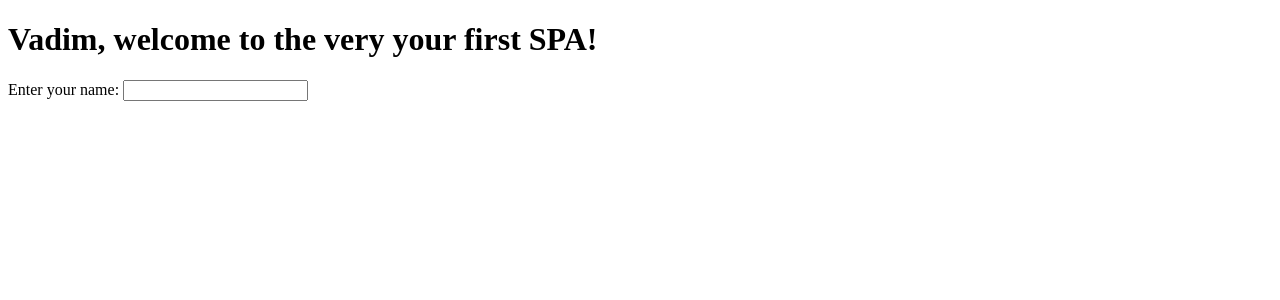
Repository: VadimZubchenko/mySinglePageApp
Page: public/index.html
These files come from the project's save history. The page is drawn as it stood at one moment and after the next save; the edit follows.
The browser window is 1280 px wide. The pictures show the whole page.

Above is the page before, as saved 2022-04-30 22:04:00.

### public/index.html
<!DOCTYPE html>
<html lang="en">
<head>
  <meta charset="UTF-8">
  <meta http-equiv="X-UA-Compatible" content="IE=edge">
  <meta name="viewport" content="width=device-width, initial-scale=1.0">
  <title>Single-page Application</title>
  <script src="script.js"></script>
</head>
<body>
  <h1>Vadim, welcome to the very your first SPA!</h1>
  <div id="anchor"></div>
</body>
</html>

### public/script.js
window.onload = function () {
  creatForm();
};

creatForm = () => {
  let anchor = document.getElementById("anchor");
  let form = document.createElement("form");
  form.setAttribute("id", "form");

  let inputName = document.createElement("input");
  // create input element
  inputName.setAttribute("type", "text");
  inputName.setAttribute("id", "inputname");
  inputName.setAttribute("name", "inputname");

  //create info of input
  let labelName = document.createElement("labelName");
  labelName.setAttribute("id", "Input your name");
  labelName.setAttribute("for", "inputName");
  let textName = document.createTextNode("Enter your name: ");
  labelName.appendChild(textName);

  labelName.appendChild(inputName);
  form.appendChild(labelName);
  anchor.appendChild(form);
};

After the next save:
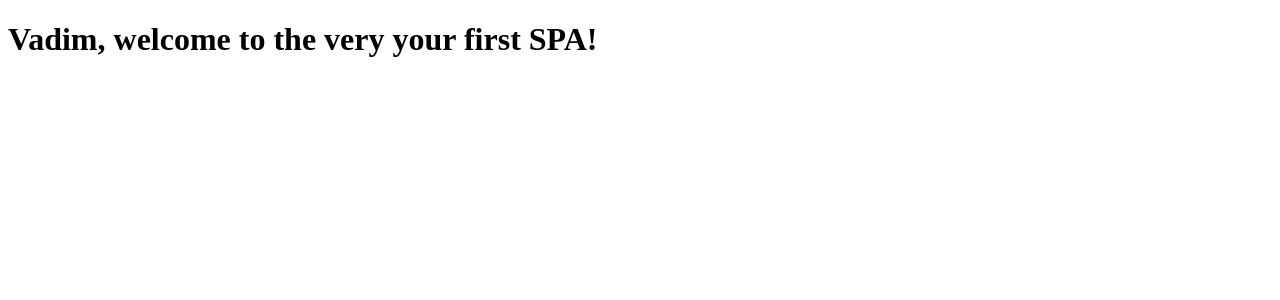
Console error (its wording comes from the project's code and is left out).
Saved 21 s later.
--- a/public/script.js
+++ b/public/script.js
@@ -20,7 +20,7 @@
   let textName = document.createTextNode("Enter your name: ");
   labelName.appendChild(textName);
 
-  labelName.appendChild(inputName);
+  textName.appendChild(inputName);
   form.appendChild(labelName);
   anchor.appendChild(form);
 };

After the save that followed:
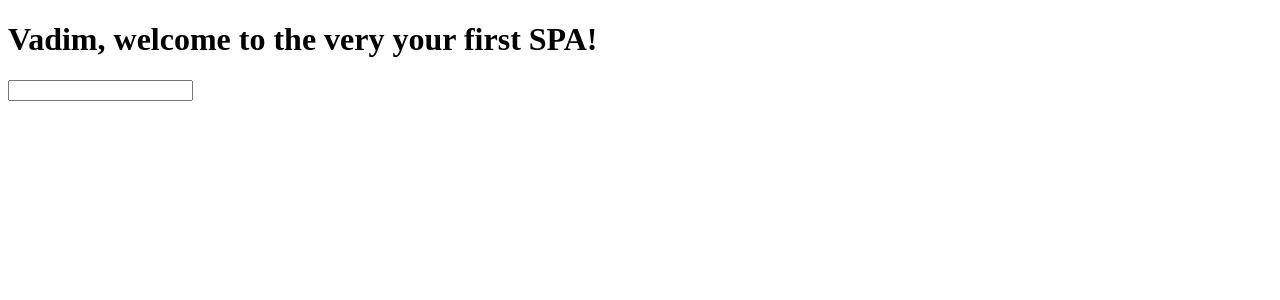
The error is gone.
Saved 23 s later.
--- a/public/script.js
+++ b/public/script.js
@@ -20,7 +20,7 @@
   let textName = document.createTextNode("Enter your name: ");
   labelName.appendChild(textName);
 
-  textName.appendChild(inputName);
-  form.appendChild(labelName);
+  inputName.appendChild(labelName);
+  form.appendChild(inputName);
   anchor.appendChild(form);
 };
